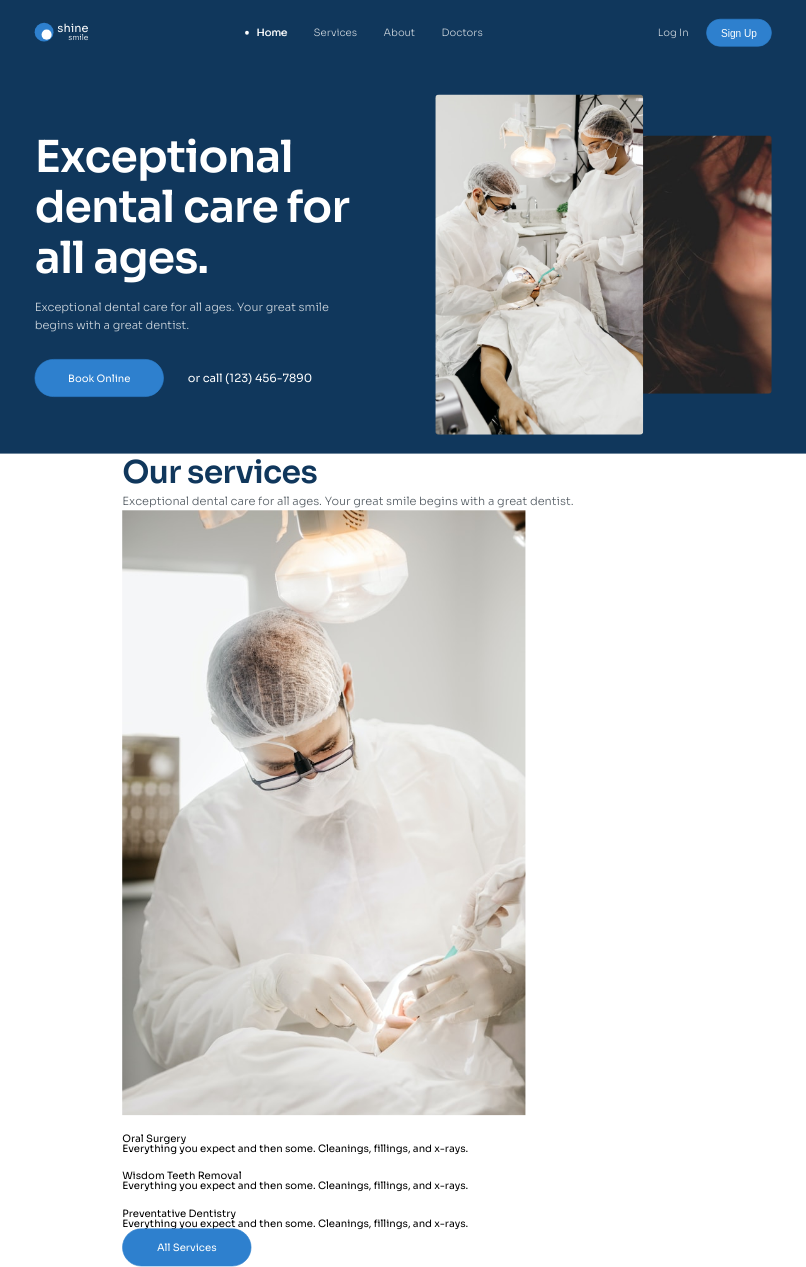
Repository: anhtien111198/f8-htmlcss-03
Page: index.html
These files come from the project's save history. The page is drawn as it stood at one moment and after the next save; the edit follows.
The browser window is 1280 px wide. The pictures show the whole page, at 63% of full size.

Above is the page before, as saved 2023-05-12 16:38:32.

### index.html
<!DOCTYPE html>
<html lang="en">
    <head>
        <meta charset="UTF-8" />
        <meta http-equiv="X-UA-Compatible" content="IE=edge" />
        <meta name="viewport" content="width=device-width, initial-scale=1.0" />
        <title>shine smile</title>
        <!-- favicon -->
        <link
            rel="apple-touch-icon"
            sizes="57x57"
            href="./assets/favicon/apple-icon-57x57.png"
        />
        <link
            rel="apple-touch-icon"
            sizes="60x60"
            href="./assets/favicon/apple-icon-60x60.png"
        />
        <link
            rel="apple-touch-icon"
            sizes="72x72"
            href="./assets/favicon/apple-icon-72x72.png"
        />
        <link
            rel="apple-touch-icon"
            sizes="76x76"
            href="./assets/favicon/apple-icon-76x76.png"
        />
        <link
            rel="apple-touch-icon"
            sizes="114x114"
            href="./assets/favicon/apple-icon-114x114.png"
        />
        <link
            rel="apple-touch-icon"
            sizes="120x120"
            href="./assets/favicon/apple-icon-120x120.png"
        />
        <link
            rel="apple-touch-icon"
            sizes="144x144"
            href="./assets/favicon/apple-icon-144x144.png"
        />
        <link
            rel="apple-touch-icon"
            sizes="152x152"
            href="./assets/favicon/apple-icon-152x152.png"
        />
        <link
            rel="apple-touch-icon"
            sizes="180x180"
            href="./assets/favicon/apple-icon-180x180.png"
        />
        <link
            rel="icon"
            type="image/png"
            sizes="192x192"
            href="./assets/favicon/android-icon-192x192.png"
        />
        <link
            rel="icon"
            type="image/png"
            sizes="32x32"
            href="./assets/favicon/favicon-32x32.png"
        />
        <link
            rel="icon"
            type="image/png"
            sizes="96x96"
            href="./assets/favicon/favicon-96x96.png"
        />
        <link
            rel="icon"
            type="image/png"
            sizes="16x16"
            href="./assets/favicon/favicon-16x16.png"
        />
        <link rel="manifest" href="./assets/favicon/manifest.json" />
        <meta name="msapplication-TileColor" content="#ffffff" />
        <meta
            name="msapplication-TileImage"
            content="./assets/favicon/ms-icon-144x144.png"
        />
        <meta name="theme-color" content="#ffffff" />
        <!-- font -->
        <link rel="preconnect" href="https://fonts.googleapis.com" />
        <link rel="preconnect" href="https://fonts.gstatic.com" crossorigin />
        <link
            href="https://fonts.googleapis.com/css2?family=Sora:wght@200;300;400;500;600;700;800&display=swap"
            rel="stylesheet"
        />
        <!-- reset css -->
        <link rel="stylesheet" href="./assets/css/reset.css" />
        <!-- style css -->
        <link rel="stylesheet" href="./assets/css/style.css" />
    </head>
    <body>
        <header class="header">
            <div class="container">
                <!-- header top -->
                <div class="header-top">
                    <!-- logo -->
                    <a href="/">
                        <div class="logo">
                            <span class="logo__circle"></span>
                            <span class="logo__text">
                                <span class="logo__brand">shine</span>
                                <span class="logo__brand logo__brand--small">
                                    smile
                                </span>
                            </span>
                        </div>
                    </a>
                    <!-- navbar -->
                    <nav class="navbar">
                        <ul class="navbar__list">
                            <li class="navbar__item">
                                <a
                                    href="#!"
                                    class="navbar__link navbar__link--active"
                                >
                                    Home
                                </a>
                            </li>
                            <li class="navbar__item">
                                <a href="#!" class="navbar__link">Services</a>
                            </li>
                            <li class="navbar__item">
                                <a href="#!" class="navbar__link">About</a>
                            </li>
                            <li class="navbar__item">
                                <a href="#!" class="navbar__link">Doctors</a>
                            </li>
                        </ul>
                    </nav>
                    <!-- action -->
                    <div class="header-action">
                        <a href="#!" class="header-action__login">Log In</a>
                        <button href="#!" class="btn header-action__signup">
                            Sign Up
                        </button>
                    </div>
                </div>
                <!-- Hero -->
                <section class="hero">
                    <!-- hero content -->
                    <section class="hero__content">
                        <h1 class="hero__heading">
                            Exceptional dental care for all ages.
                        </h1>
                        <p class="hero__desc">
                            Exceptional dental care for all ages. Your great
                            smile begins with a great dentist.
                        </p>
                        <div class="hero__row">
                            <a href="" class="btn">Book Online</a>
                            <span class="hero__phone"
                                >or call (123) 456-7890</span
                            >
                        </div>
                    </section>
                    <!-- hero media -->
                    <div class="hero__media">
                        <figure class="hero__images">
                            <img
                                src="./assets/image/hero-01jpg.jpg"
                                alt=""
                                class="hero__img"
                            />
                            <img
                                src="./assets/image/hero-02.jpg"
                                alt=""
                                class="hero__img"
                            />
                        </figure>
                    </div>
                </section>
            </div>
        </header>
        <main style="height: 5000">
            <section class="service">
                <div class="container">
                    <h2 class="section-heading">Our services</h2>
                    <p class="section-desc">
                        Exceptional dental care for all ages. Your great smile
                        begins with a great dentist.
                    </p>
                    <div class="service-row">
                        <figure class="service__images">
                            <img
                                src="./assets/image/service-1.jpg"
                                alt=""
                                class="service__img"
                            />
                        </figure>
                        <div class="service__list">
                            <!-- service item 1 -->
                            <section class="service-item">
                                <div class="service-item__icon-wrap">
                                    <svg
                                        class="service-item__icon"
                                        width="22"
                                        height="24"
                                        viewBox="0 0 22 24"
                                        fill="none"
                                        xmlns="http://www.w3.org/2000/svg"
                                    >
                                        <path
                                            d="M20.3598 2.63964C17.9506 -0.556131 14.2772 -0.568132 11.2481 1.10682C11.001 1.24657 10.7219 1.31411 10.4406 1.30222C10.1592 1.29033 9.88633 1.19945 9.65105 1.03931C8.49552 0.245717 7.29036 -0.316477 5.13904 0.207462C0.623408 1.3071 0 4.90379 0 8.99816C0.0797353 12.1602 0.500857 15.3032 1.25551 18.3683C2.11836 22.0168 3.90382 24 5.43354 24C6.96326 24 7.00963 22.2204 7.00963 20.8016C7.00963 19.2009 7.39505 14.8009 10.8642 14.8009C13.5317 14.8009 14.3333 18.4013 14.3333 20.8016C14.3329 23.095 15.1722 24 16.6628 24C19.5267 24 20.9796 15.3938 21.3719 13.1237C21.7642 10.8535 22.9882 6.12569 20.3598 2.63964Z"
                                            fill="white"
                                        />
                                    </svg>
                                </div>
                                <div class="service-item__body">
                                    <h3 class="service-item__heading">
                                        Oral Surgery
                                    </h3>
                                    <p class="service-item__desc">
                                        Everything you expect and then some.
                                        Cleanings, fillings, and x-rays.
                                    </p>
                                </div>
                            </section>
                            <!-- service item 2 -->
                            <section class="service-item">
                                <div class="service-item__icon-wrap">
                                    <svg
                                        class="service-item__icon"
                                        width="22"
                                        height="24"
                                        viewBox="0 0 22 24"
                                        fill="none"
                                        xmlns="http://www.w3.org/2000/svg"
                                    >
                                        <path
                                            d="M20.3598 2.63964C17.9506 -0.556131 14.2772 -0.568132 11.2481 1.10682C11.001 1.24657 10.7219 1.31411 10.4406 1.30222C10.1592 1.29033 9.88633 1.19945 9.65105 1.03931C8.49552 0.245717 7.29036 -0.316477 5.13904 0.207462C0.623408 1.3071 0 4.90379 0 8.99816C0.0797353 12.1602 0.500857 15.3032 1.25551 18.3683C2.11836 22.0168 3.90382 24 5.43354 24C6.96326 24 7.00963 22.2204 7.00963 20.8016C7.00963 19.2009 7.39505 14.8009 10.8642 14.8009C13.5317 14.8009 14.3333 18.4013 14.3333 20.8016C14.3329 23.095 15.1722 24 16.6628 24C19.5267 24 20.9796 15.3938 21.3719 13.1237C21.7642 10.8535 22.9882 6.12569 20.3598 2.63964Z"
                                            fill="white"
                                        />
                                    </svg>
                                </div>
                                <div class="service-item__body">
                                    <h3 class="service-item__heading">
                                        Wisdom Teeth Removal
                                    </h3>
                                    <p class="service-item__desc">
                                        Everything you expect and then some.
                                        Cleanings, fillings, and x-rays.
                                    </p>
                                </div>
                            </section>
                            <!-- service item 3 -->
                            <section class="service-item">
                                <div class="service-item__icon-wrap">
                                    <svg
                                        class="service-item__icon"
                                        width="22"
                                        height="24"
                                        viewBox="0 0 22 24"
                                        fill="none"
                                        xmlns="http://www.w3.org/2000/svg"
                                    >
                                        <path
                                            d="M20.3598 2.63964C17.9506 -0.556131 14.2772 -0.568132 11.2481 1.10682C11.001 1.24657 10.7219 1.31411 10.4406 1.30222C10.1592 1.29033 9.88633 1.19945 9.65105 1.03931C8.49552 0.245717 7.29036 -0.316477 5.13904 0.207462C0.623408 1.3071 0 4.90379 0 8.99816C0.0797353 12.1602 0.500857 15.3032 1.25551 18.3683C2.11836 22.0168 3.90382 24 5.43354 24C6.96326 24 7.00963 22.2204 7.00963 20.8016C7.00963 19.2009 7.39505 14.8009 10.8642 14.8009C13.5317 14.8009 14.3333 18.4013 14.3333 20.8016C14.3329 23.095 15.1722 24 16.6628 24C19.5267 24 20.9796 15.3938 21.3719 13.1237C21.7642 10.8535 22.9882 6.12569 20.3598 2.63964Z"
                                            fill="white"
                                        />
                                    </svg>
                                </div>
                                <div class="service-item__body">
                                    <h3 class="service-item__heading">
                                        Preventative Dentistry
                                    </h3>
                                    <p class="service-item__desc">
                                        Everything you expect and then some.
                                        Cleanings, fillings, and x-rays.
                                    </p>
                                </div>
                            </section>
                        </div>
                        <a href="#!" class="btn">All Services</a>
                    </div>
                </div>
            </section>
        </main>
    </body>
</html>

### assets/css/style.css
* {
    box-sizing: border-box;
}
:root {
    --header-bg: #10375c;
}
html {
    font-size: 62.5%;
}
body {
    font-size: 1.6rem;
    font-family: "Sora", sans-serif;
}
/* ======Common========= */
a {
    text-decoration: none;
}
.container {
    width: 1170px;
    max-width: calc(100% - 48px);
    margin: 0 auto;
}
.btn {
    --height: 60px;
    display: inline-block;
    min-width: 205px;
    height: var(--height);
    padding: 0 20px;
    border-radius: 99px;
    border: 1px solid #2e80ce;
    font-size: 1.6rem;
    font-weight: 400;
    line-height: var(--height);
    color: #fff;
    text-align: center;
    background: #2e80ce;
}
.btn:hover {
    opacity: 0.9;
    cursor: pointer;
}
.section-heading {
    font-weight: 600;
    font-size: 5rem;
    line-height: 1.2;
    letter-spacing: -0.02em;
    color: #10375c;
}
.section-desc {
    font-weight: 300;
    font-size: 1.8rem;
    line-height: 1.67;
    color: #575f66;
}
/* ========header============= */
.header {
    min-height: 100vh;
    padding-top: 30px;
    background: var(--header-bg);
}
.logo {
    position: relative;
    display: inline-flex;
    font-size: 1rem;
}
.logo__circle::after,
.logo__circle::before {
    content: "";
    display: inline-block;
    border-radius: 50%;
}
.logo__circle::before {
    width: 3em;
    height: 3em;
    background: #2e80ce;
}
.logo__circle::after {
    position: absolute;
    top: 1.1em;
    left: 1.1em;
    width: 1.6em;
    height: 1.6em;
    background: #ffffff;
}
.logo__text {
    margin-left: 0.6em;
    text-align: right;
    line-height: 1.6em;
}
.logo__brand {
    display: block;
    font-size: 1.8em;
    font-weight: 400;
    color: #ffffff;
}
.logo__brand--small {
    font-size: 1.2em;
    font-weight: 300;
}
/* ========Header top========== */
.header-top {
    display: flex;
    align-items: center;
    justify-content: space-between;
}
.navbar__list {
    display: flex;
}
.header-action__login,
.navbar__link {
    padding: 4px 21px;
    font-weight: 300;
    font-size: 1.6rem;
    color: #c9d2da;
}
.navbar__link:hover,
.navbar__link--active {
    color: #fff;
    text-shadow: 1px 0 0 currentColor;
}
.navbar__link--active::before {
    position: relative;
    top: -2px;
    left: -8px;
    content: "";
    display: inline-block;
    width: 6px;
    height: 6px;
    border-radius: 50%;
    background: #fff;
}
.header-action {
    display: flex;
    align-items: center;
}
.header-action__login {
    margin-right: 7px;
}
.header-action__signup {
    --height: 44px;
    min-width: 104px;
}
/* ========hero=========== */
.hero {
    display: flex;
    align-items: center;
    margin-top: 76px;
}
.hero__content {
    flex-shrink: 0;
    width: 44%;
}
.hero__media {
    flex-grow: 1;
}
.hero__heading {
    font-weight: 600;
    font-size: 7rem;
    line-height: 1.14;
    letter-spacing: -0.02em;
    color: #ffffff;
}
.hero__desc {
    margin-top: 22px;
    font-weight: 300;
    font-size: 1.8rem;
    line-height: 1.67;
    color: #c9d2da;
}
.hero__row {
    display: flex;
    align-items: center;
    margin-top: 38px;
}
.hero__phone {
    margin-left: 38px;
    font-weight: 400;
    font-size: 1.8rem;
    line-height: 1.67;
    color: #ffffff;
}
.hero__images {
    display: flex;
    align-items: center;
    justify-content: flex-end;
}
.hero__img {
    width: 330px;
    height: 540px;
    border-radius: 6px;
    object-fit: cover;
}
.hero__img:first-child {
    position: relative;
    margin-right: -6px;
}
.hero__img:last-child {
    width: 210px;
    height: 410px;
}
/* ========service=========== */
.service {
    padding: 0 170px;
}

Loaded but not shown: assets/css/reset.css (common file)

After the next save:
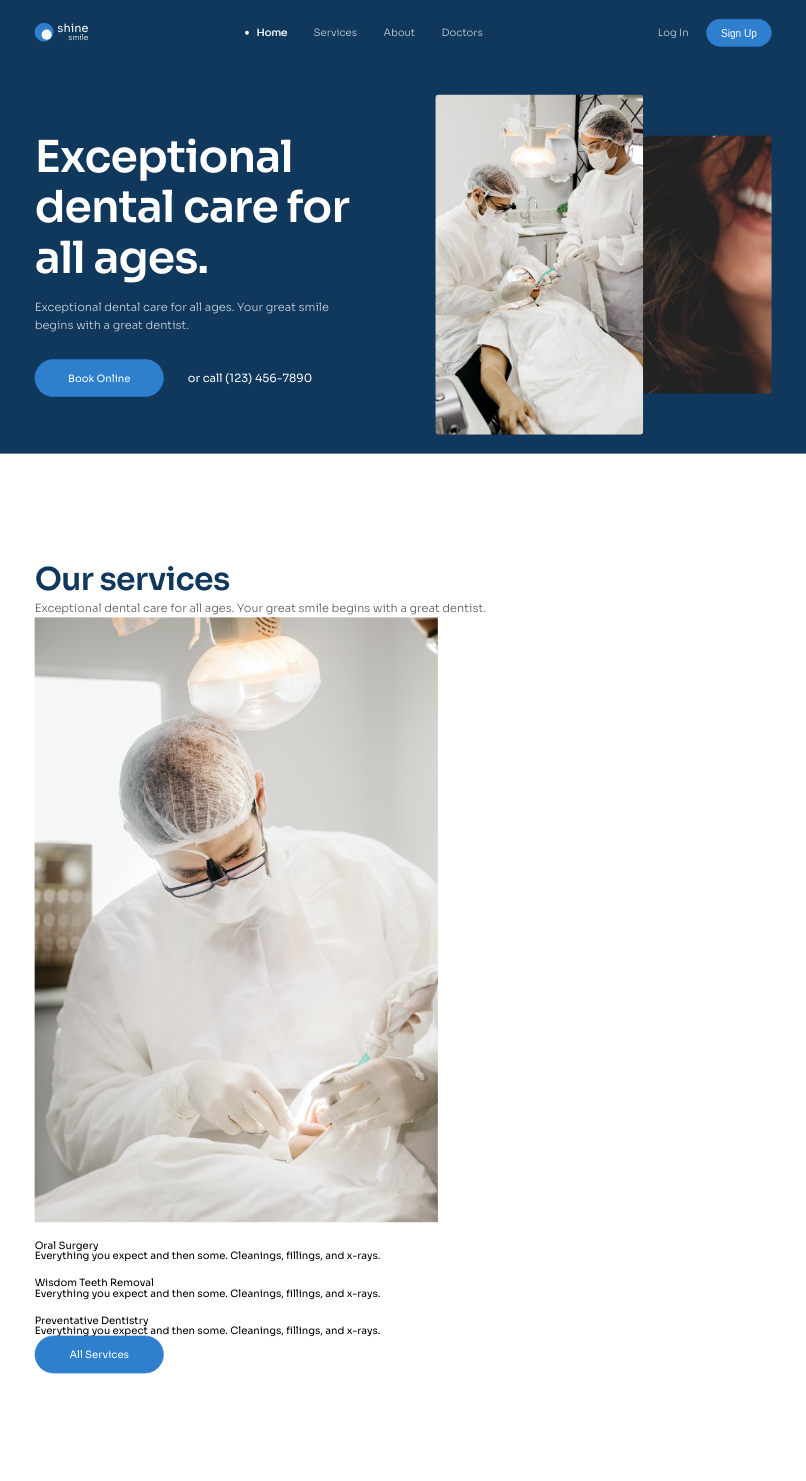
Saved 2 min 10 s later.
--- a/assets/css/style.css
+++ b/assets/css/style.css
@@ -200,5 +200,5 @@ a {
 }
 /* ========service=========== */
 .service {
-    padding: 0 170px;
-}
+    padding: 170px 0;
+}
